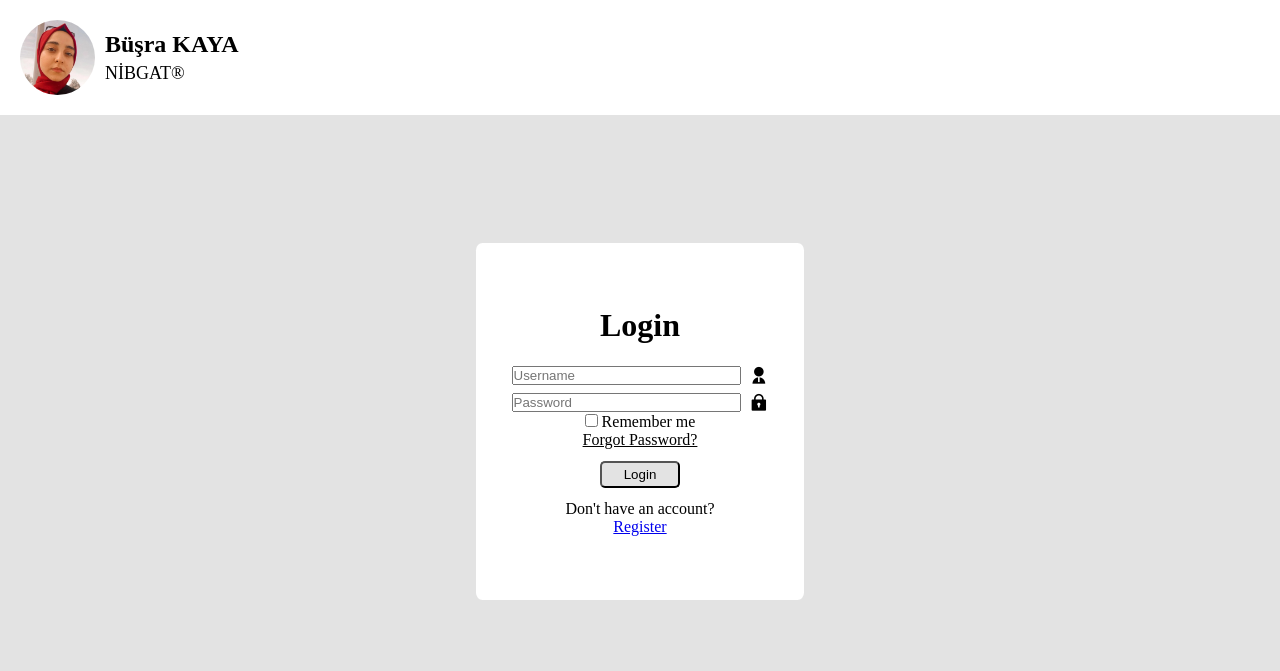
Repository: busra-kayaa/LoginPage
Page: login.html
An editor plug-in stored every save of this project. The page is shown before and after the next save, followed by the edit.
The browser window is 1280 px wide. The pictures show the whole page.

Above is the page before, as saved 2024-01-05 09:35:37.

After the next save:
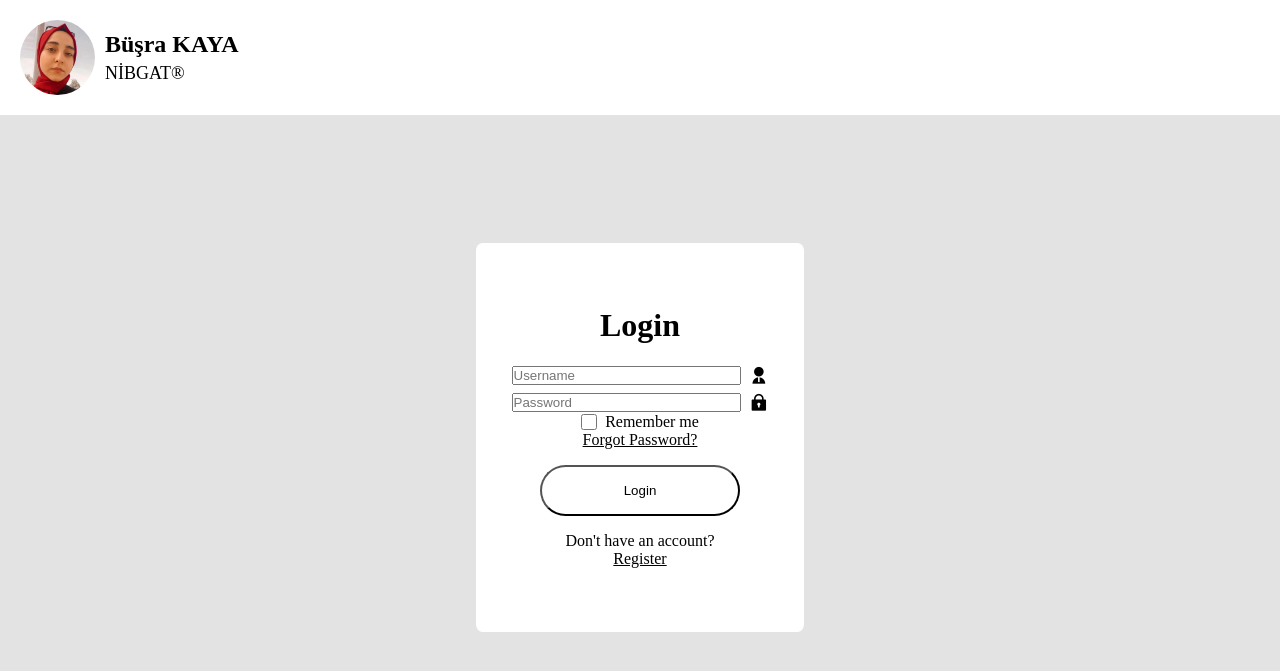
Saved 30 s later.
--- a/style.css
+++ b/style.css
@@ -90,20 +90,57 @@ body {
     font-size: 1.20rem;
   }
 
-.login__button {
-    width: 40%;
-    padding: 2%;
-    margin: 6%;
-    background-color:#e3e3e3;
-    border-radius: 5px;
+  login__check,
+  .login__check-box {
+    display: flex;
+    justify-content: space-between;
+    align-items: center;
+  }
+
+  .login__check {
+    margin-bottom: 1rem;
+    font-size: var(--small-font-size);
+  }
+
+  .login__check-box {
+    column-gap: .5rem;
+  }
+
+  .login__check-input {
+    width: 1rem;
+    height: 1rem;
+    accent-color: var(--white-color);
+  }
+
+  .login__forgot {
+    color: var(--white-color);
+  }
+
+  .login__forgot:hover {
+    text-decoration: underline;
+  }
+
+  .login__button {
+    width: 100%;
+    padding: 1rem;
+    margin-bottom: 1rem;
+    background-color: var(--white-color);
+    border-radius: 4rem;
+    color: var(--black-color);
+    font-weight: 500;
     cursor: pointer;
   }
 
-.footer {
-    margin-bottom: 1rem;
+  .login__register {
     font-size: var(--small-font-size);
-}
+    text-align: center;
+  }
 
-.login__forgot {
+  .login__register a {
     color: var(--white-color);
+    font-weight: 500;
   }
+
+  .login__register a:hover {
+    text-decoration: underline;
+  }
